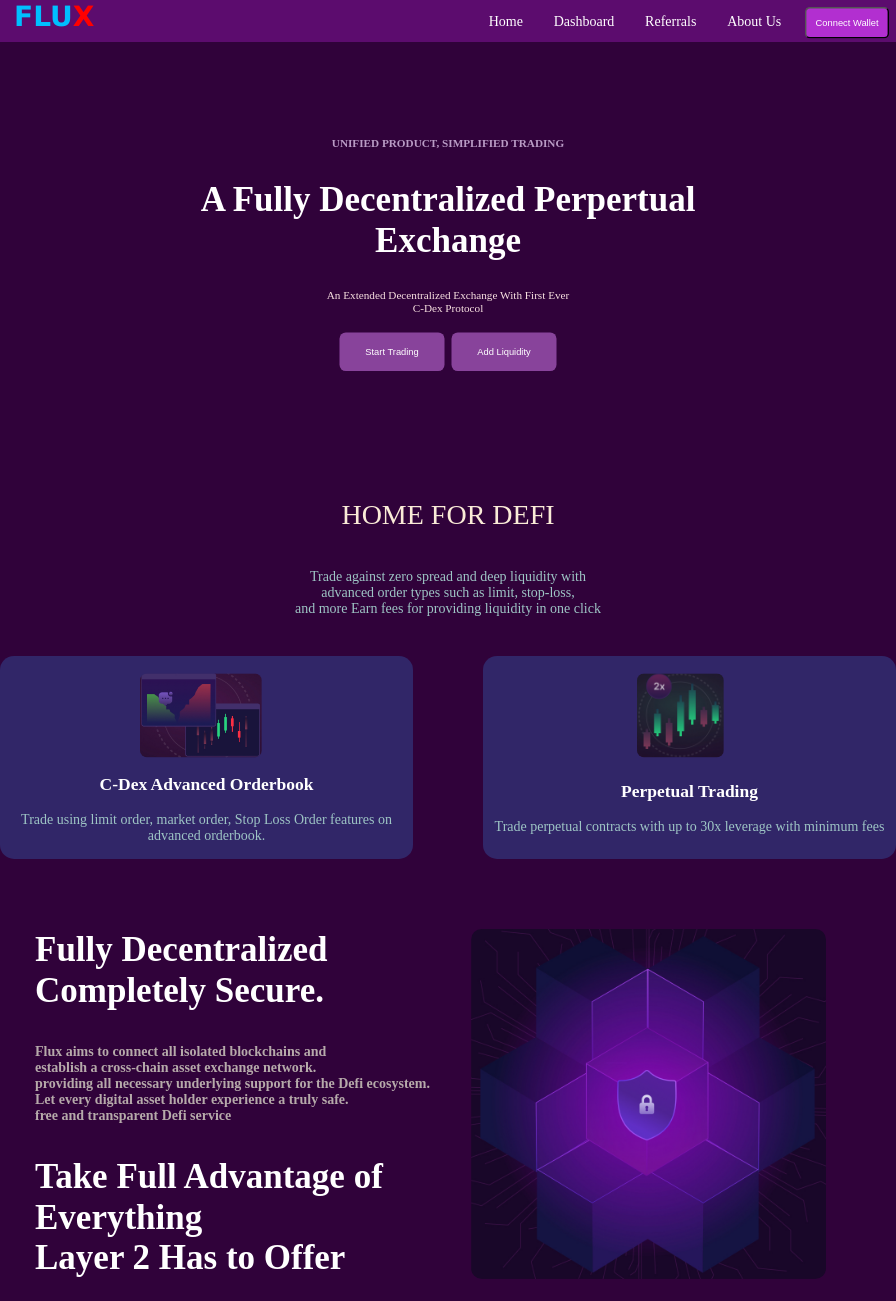
Repository: Tobby004/Flux-figma
Page: index.html
An editor plug-in stored every save of this project. The page is shown before and after the next save, followed by the edit.
The browser window is 1280 px wide. The pictures show the whole page, at 70% of full size.

Above is the page before, as saved 2023-04-20 06:50:43.

### index.html
<!DOCTYPE html>
<html lang="en">
<head>
    <meta charset="UTF-8">
    <meta http-equiv="X-UA-Compatible" content="IE=edge">
    <meta name="viewport" content="width=device-width, initial-scale=1.0">
    <title>Flux Template</title>
    <link rel="stylesheet" href="style.css">
</head>
<body>
    <header>
        <b>FLU<a>X</a></b>
    </header>
   <nav>
    <ul>
        <li><a href="#">Home</a></li>
        <li><a href="#">Dashboard</a></li>
        <li><a href="#">Referrals</a></li>
        <li><a href="#">About Us</a></li>
        <button>Connect Wallet</button>
    </ul>
   </nav>
    <br><br>
    <h4>UNIFIED PRODUCT, SIMPLIFIED TRADING</h4>
    <h2> A Fully Decentralized Perpertual <br>Exchange </h2>
    <p>An Extended Decentralized Exchange With First Ever <br>C-Dex Protocol</p>
    <div class="button">
        <input type="button" value="Start Trading">
        <input type="button" value="Add Liquidity">
    </div>
<br>
<br><br><br>
<div class="section1">
    <h4>HOME FOR DEFI</h4>
    <p>Trade against zero spread and deep liquidity with<br> advanced order types such as limit, stop-loss,<br> and more Earn fees for providing liquidity in one click</p>
</div>
<br><br>
<div class="box">
    <div class="box1">
       <img src="img1.jpg">
  <h3>C-Dex Advanced Orderbook</h3>
  <p>Trade using limit order, market order, Stop Loss Order features on <br>advanced orderbook.</p>
    </div>
    <div class="box2">
        <img src="img2.jpg">
        <h3>Perpetual Trading</h3>
        <p>Trade perpetual contracts with up to 30x leverage with minimum fees</p>
    </div>
</div>
<main>
    <img src="IMG3.jpg">
    <h1>Fully Decentralized <br>Completely Secure.</h1>
    <h6>Flux aims to connect all isolated blockchains and <br>establish a cross-chain asset exchange network.<br>providing all necessary underlying support for the Defi ecosystem.<br> Let every digital asset holder experience a truly safe.<br>free and transparent Defi service</h6>
</main>
<main-2>
    <h1>Take Full Advantage of Everything <br>Layer 2 Has to Offer</h1>
</main-2>
</body>
</html>

### style.css
*{
    box-sizing: border-box;
}
body {
    margin: 0;
    background-color: #30023a;
}
nav {
    background-color: #5c0c6e;
    height: 60px;
}
nav ul {
    margin: auto;
    text-align: end;
    padding: 10px;
}
nav li {
display: inline-block;
}
header b {
    font-family: Verdana, Geneva, Tahoma, sans-serif;
    color: deepskyblue;
    position: absolute;
    margin-left: 20px;
    font-size: 40px;
}
header b a{
    color: red;
}
nav a {
    text-decoration: none;
    padding: 10px;
    color: white;
    font-size: 20px;
    margin-right: 20px;
}
li a:hover{
    color: yellow;
    transition: all 4s;
    padding: 5px;
}
button{
    padding: 13px;
    background: #b22fd0;
    border-radius: 7px;
    color: white;
}
h4 {
    margin-top: 100px;
    text-align: center;
    color: rgb(185, 156, 197);
}
h2 {
    text-align: center;
    font-size: 50px;
    color: white;
}
p {
    text-align: center;
    color: rgb(248, 225, 225);
}
.button {
    display: flex;
    padding: 10px;
    gap: 10px;
    justify-content: center;
}
input[type="button"]{
    padding: 20px;
    width: 150px;
    border-radius: 9px;
    border: none;
    color: white;
    background-color: rgb(136, 67, 155);
}
 div h4 {
    color: antiquewhite;
    font-size: 40px;
    font-weight: lighter;

}
 div p {
    color: rgb(158, 197, 197);
    font-size: 20px;
    font-weight: lighter;
}
.box {
    height: max-content;
    width: max-content;
    display: flex;
    gap: 100px;
    margin-right: auto;
    margin-left: auto;
}
.box1{
    height: 290px;
    width: 590px;
    background-color: rgb(49, 38, 104);
    border-radius: 20px;
}
.box1 h3 {
    text-align: center;
    color: white;
    font-size: 25px;
    margin-top: 20px;
}
.box1 p {
    text-align: center;
}
.box1 img{
    margin-top: 25px;
    height: 120px;
    border-radius: 10px;
   margin-left: 200px;
}
.box2 {
    height: 290px;
    width: 590px;
    background-color: rgb(49, 38, 104);
    border-radius: 20px;
}
.box2 h3{
    text-align: center;
    font-size: 25px;
    color: white;
    margin-top: 30px;
}
.box2 p {
    text-align: center;
}
.box2 img {
    margin-top: 25px;
    height: 120px;
    border-radius: 10px;
    margin-left: 220px;
}
main h1 {
    margin-left: 50px;
    color: white;
    font-size: 50px;
    margin-top: 100px;
}
main img{
    height: 500px;
    margin-right: 100px;
    border-radius: 15px;
    border: none;
    float: right;
}
main h6 {
    color: rgb(182, 170, 170);
    font-size: 20px;
    margin-left: 50px;
}
main-2 h1{
    color: white;
    font-size: 50px;
    margin-left: 50px;

}

After the next save:
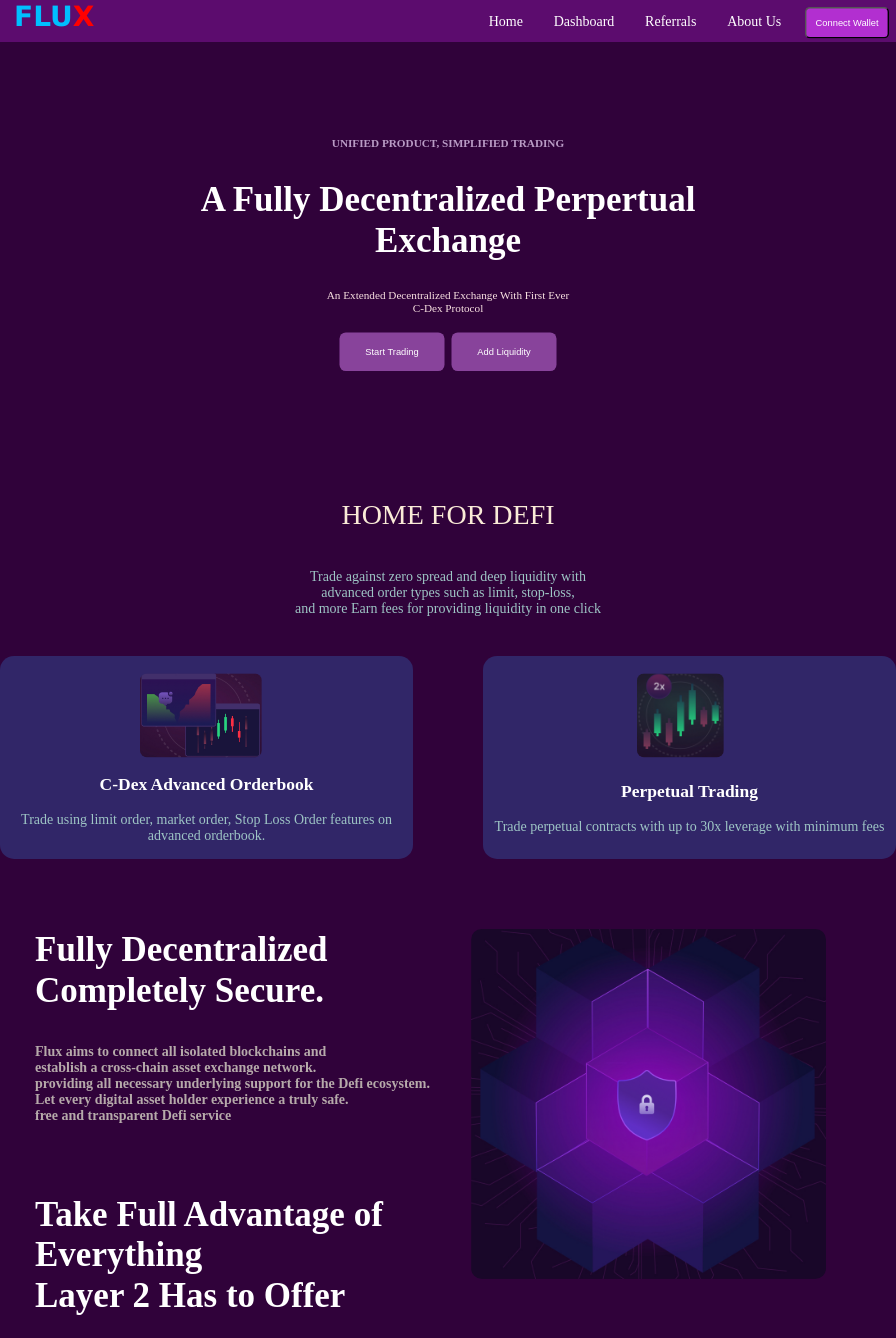
Saved 4 min 37 s later.
--- a/index.html
+++ b/index.html
@@ -53,7 +53,7 @@
     <h6>Flux aims to connect all isolated blockchains and <br>establish a cross-chain asset exchange network.<br>providing all necessary underlying support for the Defi ecosystem.<br> Let every digital asset holder experience a truly safe.<br>free and transparent Defi service</h6>
 </main>
 <main-2>
-    <h1>Take Full Advantage of Everything <br>Layer 2 Has to Offer</h1>
+    <h1>Take Full Advantage of Everything<br>Layer 2 Has to Offer</h1>
 </main-2>
 </body>
 </html>
--- a/style.css
+++ b/style.css
@@ -153,6 +153,7 @@
     margin-left: 50px;
 }
 main-2 h1{
+    margin-top: 100px;
     color: white;
     font-size: 50px;
     margin-left: 50px;

After the save that followed:
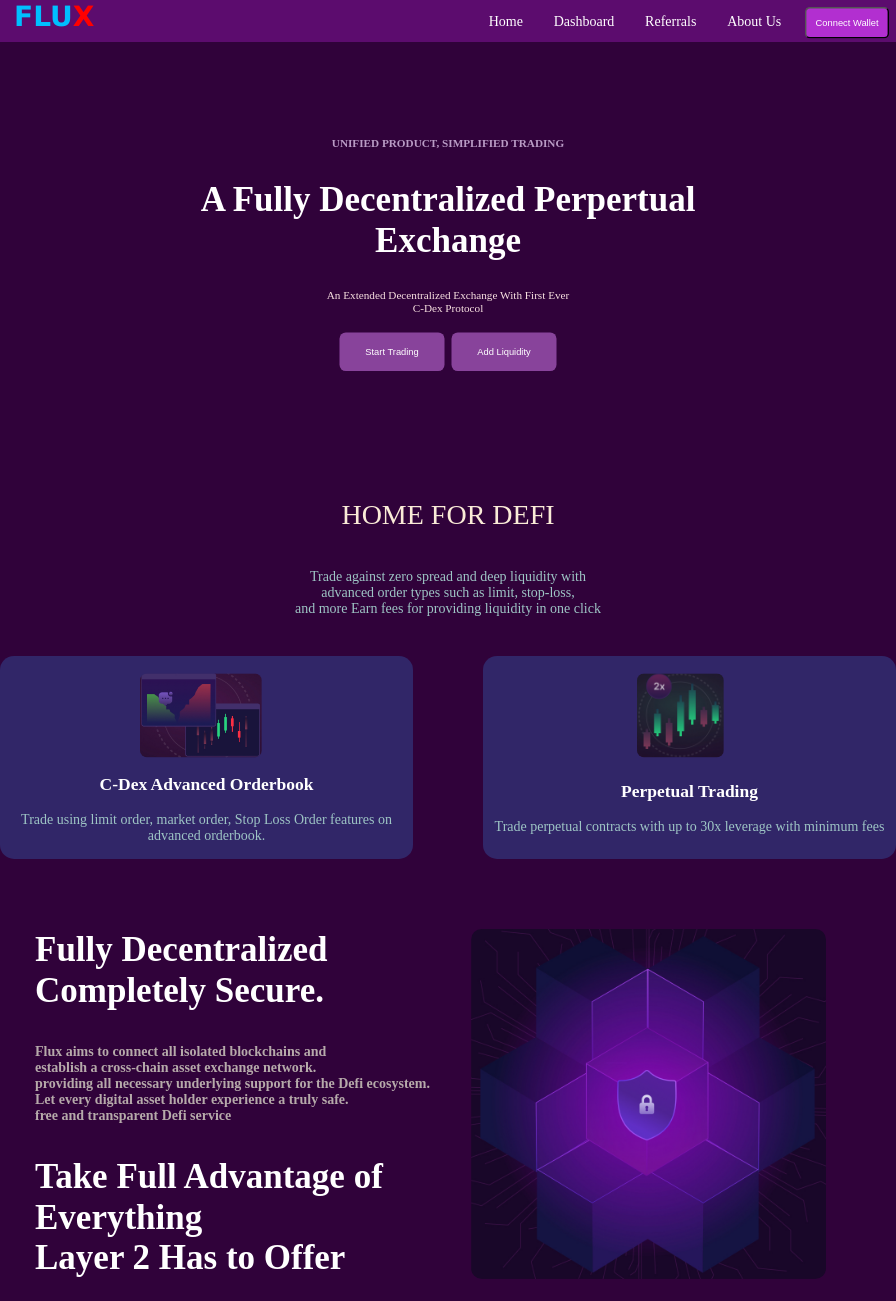
Saved 5 min 0 s later.
--- a/index.html
+++ b/index.html
@@ -52,8 +52,8 @@
     <h1>Fully Decentralized <br>Completely Secure.</h1>
     <h6>Flux aims to connect all isolated blockchains and <br>establish a cross-chain asset exchange network.<br>providing all necessary underlying support for the Defi ecosystem.<br> Let every digital asset holder experience a truly safe.<br>free and transparent Defi service</h6>
 </main>
-<main-2>
-    <h1>Take Full Advantage of Everything<br>Layer 2 Has to Offer</h1>
-</main-2>
+<div class="main">
+    <h1>Take Full Advantage of Everything <br>Layer 2 Has to Offer</h1>
+</div>
 </body>
 </html>
--- a/style.css
+++ b/style.css
@@ -152,10 +152,8 @@
     font-size: 20px;
     margin-left: 50px;
 }
-main-2 h1{
-    margin-top: 100px;
+.main h1 {
     color: white;
     font-size: 50px;
     margin-left: 50px;
-
 }
